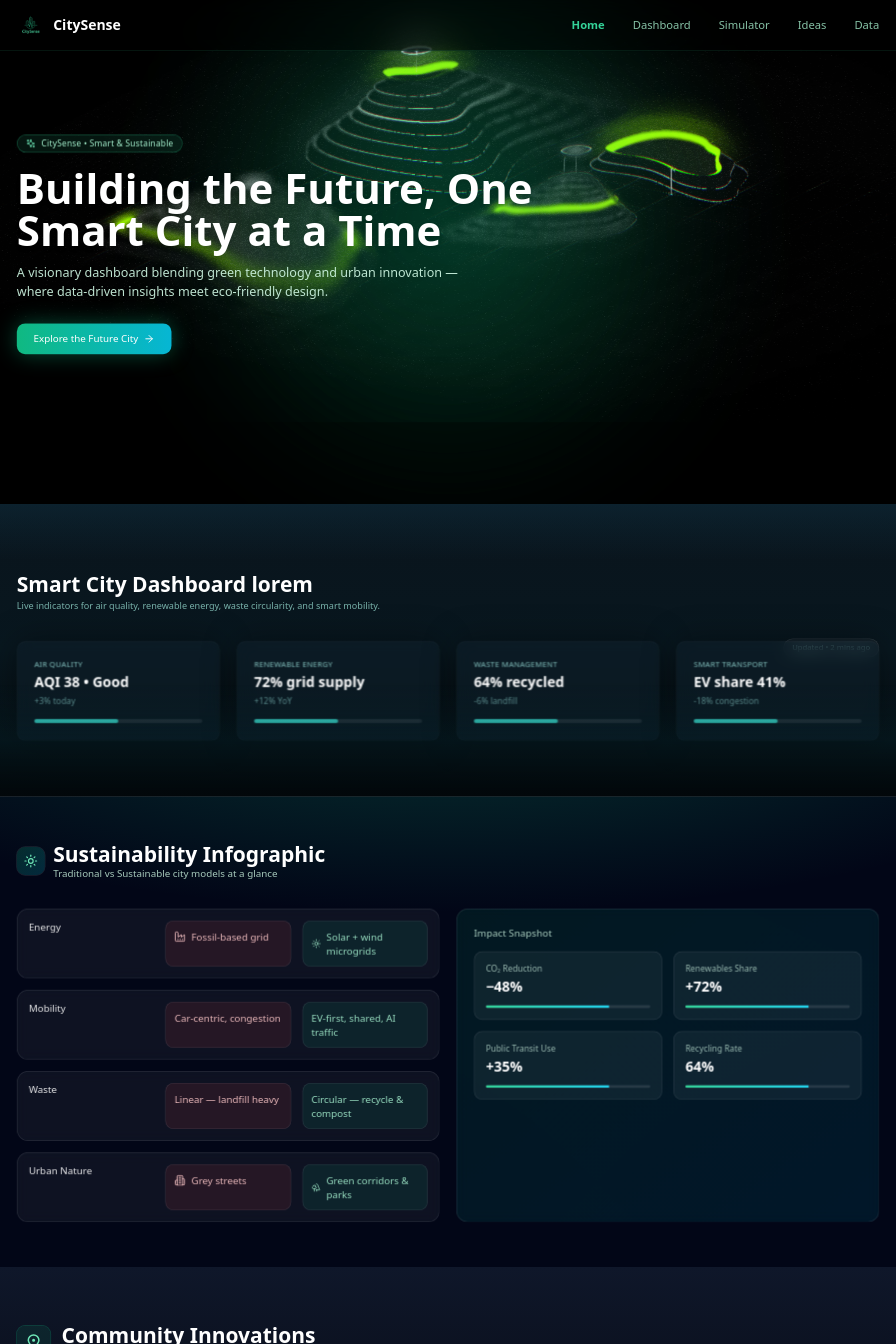
Repository: crashyet/CitySense
Page: /
An editor plug-in stored every save of this project. The page is shown before and after a run of saves, followed by the edit.
The browser window is 1280 px wide. The pictures show the part of the page from y = 0 to 1920 px (the page is 2586 px tall), at 70% of full size.
The project was rebuilt for these pictures with package versions that can differ from the ones it lists, and the page was loaded fresh each time. Also part of the build but not shown: vite.config.js, src/components/EnergyPieChart.jsx, src/components/TrafficCongestionChart.jsx, src/components/WeeklyAQIChart.jsx, src/pages/Dashboardpack/index.jsx, src/pages/Simulator/index.jsx, src/pages/Ideas/index.jsx, src/pages/Data/index.jsx.

Above is the page before, as saved 2025-11-18 19:11:53.

### src/App.jsx
import { Routes, Route } from "react-router-dom";

import Landing from "./pages/landing";
import Dashboard from "./pages/Dashboardpack";
import Simulator from "./pages/Simulator";
import Ideas from "./pages/Ideas";
import DataPage from "./pages/Data";

export default function App() {
  return (
    <Routes>
      <Route path="/" element={<Landing />} />
      <Route path="/dashboard" element={<Dashboard />} />
      <Route path="/simulator" element={<Simulator />} />
      <Route path="/ideas" element={<Ideas />} />
      <Route path="/data" element={<DataPage />} />
    </Routes>
  );
}

### src/pages/landing/index.jsx
import Navbar from "../../components/Navbar";
import Footer from "../../components/Footer";

import Hero from "./Hero";
import DashboardPreview from "./DashboardPreview";
import Infographic from "./Infographic";
import Community from "./Community";

export default function Landing() {
  return (
    <>
      <Navbar />

      {/* Section dari halaman Landing */}
      <Hero />
      <DashboardPreview />
      <Infographic />
      <Community />

      <Footer />
    </>
  );
}

### src/components/Navbar.jsx
import { NavLink } from "react-router-dom";
import { useState } from "react";
import Logo from "../assets/logo.png"; // sesuaikan path logo

export default function Navbar() {
  const [open, setOpen] = useState(false);

  const linkClass = ({ isActive }) =>
    isActive
      ? "text-emerald-400 font-semibold"
      : "text-emerald-200/80 hover:text-white";

  return (
    <header className="fixed w-full z-50 bg-black/40 backdrop-blur-xl border-b border-emerald-400/20 px-6 py-4">
      <div className="max-w-7xl mx-auto flex justify-between items-center">

        {/* LOGO */}
        <NavLink to="/" className="flex items-center gap-3">
          <img src={Logo} className="w-10 h-10" />
          <span className="text-xl text-white font-semibold">CitySense</span>
        </NavLink>

        {/* DESKTOP NAV */}
        <nav className="hidden md:flex gap-10">
          <NavLink to="/" className={linkClass}>Home</NavLink>
          <NavLink to="/dashboard" className={linkClass}>Dashboard</NavLink>
          <NavLink to="/simulator" className={linkClass}>Simulator</NavLink>
          <NavLink to="/ideas" className={linkClass}>Ideas</NavLink>
          <NavLink to="/data" className={linkClass}>Data</NavLink>
        </nav>

        {/* MOBILE BUTTON */}
        <button className="md:hidden text-white" onClick={() => setOpen(!open)}>
          {open ? "✖" : "☰"}
        </button>
      </div>

      {/* MOBILE NAV */}
      {open && (
        <div className="md:hidden bg-black/60 backdrop-blur-lg px-6 pb-4 flex flex-col gap-3">
          <NavLink onClick={() => setOpen(false)} to="/" className="text-white">Home</NavLink>
          <NavLink onClick={() => setOpen(false)} to="/dashboard" className="text-white">Dashboard</NavLink>
          <NavLink onClick={() => setOpen(false)} to="/simulator" className="text-white">Simulator</NavLink>
          <NavLink onClick={() => setOpen(false)} to="/ideas" className="text-white">Ideas</NavLink>
          <NavLink onClick={() => setOpen(false)} to="/data" className="text-white">Data</NavLink>
        </div>
      )}
    </header>
  );
}

### src/components/Footer.jsx
import React from "react";

const Footer = () => {
  return (
    <footer id="contact" className="relative w-full bg-black text-white">
      <div className="mx-auto max-w-7xl px-6 py-12">

        <div className="grid grid-cols-1 gap-8 md:grid-cols-4">

          {/* Brand */}
          <div className="col-span-2">
            <h4 className="text-xl font-semibold">CitySense</h4>
            <p className="mt-2 max-w-md text-sm text-emerald-100/80">
              A concept dashboard for smart and sustainable cities — blending
              technology and nature in perfect harmony.
            </p>
          </div>

          {/* Contact */}
          <div>
            <p className="text-sm font-medium text-white/90">Contact</p>
            <ul className="mt-3 space-y-2 text-sm text-emerald-100/80">

              <li className="flex items-center gap-2">
                <svg xmlns="http://www.w3.org/2000/svg" width="24" height="24"
                  viewBox="0 0 24 24" fill="none" stroke="currentColor"
                  strokeWidth="2" strokeLinecap="round" strokeLinejoin="round"
                  className="lucide lucide-mail h-4 w-4 text-emerald-300">
                  <rect width="20" height="16" x="2" y="4" rx="2"></rect>
                  <path d="m22 7-8.97 5.7a1.94 1.94 0 0 1-2.06
                    0L2 7"></path>
                </svg>
                hello@citysense.io
              </li>

              <li className="flex items-center gap-2">
                <svg xmlns="http://www.w3.org/2000/svg" width="24" height="24"
                  viewBox="0 0 24 24" fill="none" stroke="currentColor"
                  strokeWidth="2" strokeLinecap="round" strokeLinejoin="round"
                  className="lucide lucide-phone h-4 w-4 text-emerald-300">
                  <path d="M22 16.92v3a2 2 0 0 1-2.18
                    2 19.79 19.79 0 0 1-8.63-3.07 19.5
                    19.5 0 0 1-6-6 19.79 19.79 0 0
                    1-3.07-8.67A2 2 0 0 1 4.11 2h3a2
                    2 0 0 1 2 1.72 12.84 12.84 0 0
                    0 .7 2.81 2 2 0 0 1-.45
                    2.11L8.09 9.91a16 16 0 0 0 6
                    6l1.27-1.27a2 2 0 0 1 2.11-.45
                    12.84 12.84 0 0 0 2.81.7A2
                    2 0 0 1 22 16.92z"></path>
                </svg>
                +1 (555) 123-4567
              </li>

              <li className="flex items-center gap-2">
                <svg xmlns="http://www.w3.org/2000/svg" width="24" height="24"
                  viewBox="0 0 24 24" fill="none" stroke="currentColor"
                  strokeWidth="2" strokeLinecap="round" strokeLinejoin="round"
                  className="lucide lucide-map-pin h-4 w-4 text-emerald-300">
                  <path d="M20 10c0 6-8 12-8
                    12s-8-6-8-12a8 8 0 0 1
                    16 0Z"></path>
                  <circle cx="12" cy="10" r="3"></circle>
                </svg>
                101 Greenway, Future City
              </li>

            </ul>
          </div>

          {/* Copyright */}
          <div className="md:text-right">
            <p className="text-sm text-emerald-100/80">
              © 2025 CitySense — Smart City, Greener Future.
            </p>
          </div>

        </div>
      </div>
    </footer>
  );
};

export default Footer;

### src/pages/landing/Hero.jsx
// src/components/Hero.jsx
import React from "react";
import Background from "/src/assets/background.png";

const Hero = () => {
  return (
    <section
      className="
        relative
        min-h-screen      /* FULL LAYAR */
        w-full
        overflow-hidden
        bg-black
        text-white
      "
    >
      {/* Gradient Background */}
      <div className="absolute inset-0 pointer-events-none bg-gradient-to-b from-black via-black/40 to-black">
        <div style={{ width: "100%", height: "100%", overflow: "hidden" }}>
          <img src={Background} alt="" className="scale-125 mt-4" />
        </div>
      </div>

      {/* Radial Glow */}
      <div
        className="
          absolute left-1/2 top-[45%]         /* supaya glow tetap di sekitar teks */
          h-[55rem] w-[55rem]
          -translate-x-1/2 -translate-y-1/2
          rounded-full
          bg-[radial-gradient(closest-side,rgba(16,185,129,0.18),transparent)]
          blur-3xl
          contrast-125
        "
      ></div>

      {/* CONTENT – tanpa flex items-center supaya posisi tetap seperti desain */}
      <div className="relative mx-auto max-w-7xl px-6 pt-32 pb-40 sm:pt-40 sm:pb-44 md:pt-48 md:pb-52">

        {/* Badge */}
        <span
          className="
            mb-5 inline-flex items-center gap-2 rounded-full
            border border-emerald-400/30 bg-emerald-400/10
            px-3 py-1 text-xs tracking-wide text-emerald-200
            backdrop-blur
          "
        >
          <svg
            xmlns="http://www.w3.org/2000/svg"
            width="20"
            height="20"
            viewBox="0 0 24 24"
            fill="none"
            stroke="currentColor"
            strokeWidth="2"
            strokeLinecap="round"
            strokeLinejoin="round"
            className="lucide lucide-sparkles h-3.5 w-3.5 text-emerald-300"
          >
            <path d="m12 3-1.912 5.813a2 2 0 0 1-1.275 1.275L3 12l5.813 1.912a2 2 0 0 1 1.275 1.275L12 21l1.912-5.813a2 2 0 0 1 1.275-1.275L21 12l-5.813-1.912a2 2 0 0 1-1.275-1.275L12 3Z"></path>
            <path d="M5 3v4"></path>
            <path d="M19 17v4"></path>
            <path d="M3 5h4"></path>
            <path d="M17 19h4"></path>
          </svg>
          CitySense • Smart & Sustainable
        </span>

        {/* Title */}
        <h1 className="max-w-4xl text-4xl font-semibold leading-tight text-white drop-shadow-md md:text-6xl">
          Building the Future, One Smart City at a Time
        </h1>

        {/* Description */}
        <p className="mt-4 max-w-2xl text-base text-emerald-100/90 md:text-lg leading-relaxed">
          A visionary dashboard blending green technology and urban innovation —
          where data-driven insights meet eco-friendly design.
        </p>

        {/* Button */}
        <div className="mt-8">
          <a
            href="#dashboard"
            className="
              group inline-flex items-center gap-2 rounded-xl
              bg-gradient-to-r from-emerald-500 to-cyan-500
              px-6 py-3 text-sm font-medium text-white
              shadow-[0_0_30px_rgba(16,185,129,0.4)]
              transition hover:shadow-[0_0_45px_rgba(16,185,129,0.6)]
              focus:outline-none focus:ring-2 focus:ring-emerald-400/60
            "
          >
            Explore the Future City
            <svg
              xmlns="http://www.w3.org/2000/svg"
              width="24"
              height="24"
              viewBox="0 0 24 24"
              fill="none"
              stroke="currentColor"
              strokeWidth="2"
              strokeLinecap="round"
              strokeLinejoin="round"
              className="lucide lucide-arrow-right h-4 w-4 transition-transform group-hover:translate-x-0.5"
            >
              <path d="M5 12h14"></path>
              <path d="m12 5 7 7-7 7"></path>
            </svg>
          </a>
        </div>
      </div>
    </section>
  );
};

export default Hero;

### src/pages/landing/DashboardPreview.jsx
import React from "react";


const stats = [
  {
    title: "AIR QUALITY",
    value: "AQI 38 • Good",
    sub: "+3% today",
  },
  {
    title: "RENEWABLE ENERGY",
    value: "72% grid supply",
    sub: "+12% YoY",
  },
  {
    title: "WASTE MANAGEMENT",
    value: "64% recycled",
    sub: "-6% landfill",
  },
  {
    title: "SMART TRANSPORT",
    value: "EV share 41%",
    sub: "-18% congestion",
  },
];

export default function DashboardPreview() {
  return (
    <section
      className="
        relative w-full
        pt-24 pb-20
        bg-gradient-to-b
        from-[#0A141C]   /* Biru gelap bagian atas */
        via-[#08171F]   /* Navy lembut */
        to-[#050A0C]    /* Hitam kebiruan bagian bawah */
        text-white
      "
    >

      {/* GRADIENT ATAS — halus */}
      <div className="absolute top-0 left-0 w-full h-40 bg-gradient-to-b from-[#114055]/30 via-transparent to-transparent pointer-events-none">
      </div>

      <div className="mx-auto max-w-7xl px-6 relative">

        {/* Title & Subtitle */}
        <h2 className="text-3xl font-semibold">Smart City Dashboard lorem
        </h2>
        <p className="text-[13px] text-[#A8F3E6]/70 mt-1">
          Live indicators for air quality, renewable energy, waste circularity, and smart mobility.
        </p>

        {/* Badge */}
        <span
          className="
            absolute right-6 top-24
            text-[11px] text-[#B7FFF5]
            bg-white/5 border border-white/10
            px-3 py-1 rounded-full
          "
        >
          Updated • 2 mins ago
        </span>

        {/* Stats Grid */}
        <div className="grid grid-cols-1 sm:grid-cols-2 lg:grid-cols-4 gap-6 mt-10">

          {stats.map((item, idx) => (
            <div
              key={idx}
              className="
                rounded-xl p-6
                bg-[rgba(16,32,42,0.55)]     /* 🔵 NAVY TRANSLUCENT — mirip screenshot */
                border border-white/5
                backdrop-blur-md
                shadow-[0_0_50px_rgba(0,0,0,0.4)]
                transition
              "
            >
              {/* TITLE */}
              <p className="text-[11px] tracking-wide text-[#A7F1EB]/80">
                {item.title}
              </p>

              {/* VALUE */}
              <h3 className="text-xl font-semibold mt-1">
                {item.value}
              </h3>

              {/* SUBTEXT */}
              <p className="text-[12px] text-[#A7F1EB]/60 mt-1">
                {item.sub}
              </p>

              {/* PROGRESS BAR */}
              <div className="mt-4 h-[6px] w-full rounded-full bg-white/10">
                <div className="h-full w-1/2 rounded-full bg-[#38D6C8]"></div>
              </div>

            </div>
          ))}
        </div>
      </div>

      {/* GRADIENT BAWAH — BIRU KE HITAM */}
      <div className="absolute bottom-0 left-0 w-full h-40
        bg-gradient-to-b from-transparent via-[#05212A]/40 to-[#02070A] pointer-events-none">
      </div>
    </section>
  );
}

### src/pages/landing/Community.jsx
import React from "react";

const ideas = [
  {
    tag: "ENERGY",
    title: "Neighborhood Microgrids",
    desc: "Peer-to-peer energy sharing using rooftop solar and home batteries.",
  },
  {
    tag: "WASTE",
    title: "Smart Waste Rewards",
    desc: "Token incentives for sorting recyclables and compost at source.",
  },
  {
    tag: "MOBILITY",
    title: "EV Carpool Hub",
    desc: "AI-matched commute pools powered by fast-charging hubs.",
  },
  {
    tag: "NATURE",
    title: "Rain Garden Streets",
    desc: "Permeable pavements with native plants to reduce runoff.",
  },
];

const Community = () => {
  return (
    <section className="relative w-full bg-gradient-to-b from-slate-900 to-black text-white py-20">
      <div className="mx-auto max-w-7xl px-6">

        {/* Header */}
        <div className="mb-10 flex items-center gap-4">
          <div className="flex h-12 w-12 items-center justify-center rounded-xl bg-emerald-500/10 ring-1 ring-emerald-500/30">
            <svg
              xmlns="http://www.w3.org/2000/svg"
              width="26"
              height="26"
              viewBox="0 0 24 24"
              fill="none"
              stroke="currentColor"
              strokeWidth="2"
              strokeLinecap="round"
              strokeLinejoin="round"
              className="text-emerald-300"
            >
              <path d="M12 2a7 7 0 0 0-7 7c0 3.87 4 6 7 13 3-7 7-9.13 7-13a7 7 0 0 0-7-7z"></path>
              <circle cx="12" cy="9" r="1"></circle>
            </svg>
          </div>

          <div>
            <h3 className="text-3xl font-semibold">Community Innovations</h3>
            <p className="text-emerald-100/80 text-sm">
              Citizen ideas shaping the next-gen sustainable city
            </p>
          </div>
        </div>

        {/* Ideas Grid */}
        <div className="grid grid-cols-1 md:grid-cols-2 lg:grid-cols-4 gap-6">

          {ideas.map((item, idx) => (
            <div
              key={idx}
              className="group relative rounded-2xl border border-white/10 bg-white/5 p-6 backdrop-blur-md hover:border-emerald-300/40 transition overflow-hidden"
            >
              {/* Glow */}
              <div className="absolute -right-10 -top-10 h-40 w-40 rounded-full bg-gradient-to-br from-emerald-500/20 to-cyan-500/20 opacity-40 blur-2xl"></div>

              <div className="relative">
                <span className="inline-flex items-center rounded-full border border-emerald-300/30 bg-emerald-400/10 px-3 py-1 text-[10px] tracking-wider text-emerald-200 uppercase">
                  {item.tag}
                </span>

                <h4 className="mt-4 text-lg font-semibold">{item.title}</h4>

                <p className="mt-2 text-sm text-emerald-100/80">
                  {item.desc}
                </p>

                <button className="mt-4 inline-flex items-center gap-2 text-sm text-emerald-300 hover:text-emerald-200 transition">
                  Support idea{" "}
                  <svg
                    xmlns="http://www.w3.org/2000/svg"
                    width="20"
                    height="20"
                    viewBox="0 0 24 24"
                    fill="none"
                    stroke="currentColor"
                    strokeWidth="2"
                    strokeLinecap="round"
                    strokeLinejoin="round"
                    className="h-4 w-4"
                  >
                    <path d="M4.5 16.5c-1.5 1.26-2 5-2 5s3.74-.5 5-2c.71-.84.7-2.13-.09-2.91a2.18 2.18 0 0 0-2.91-.09z"></path>
                    <path d="m12 15-3-3a22 22 0 0 1 2-3.95A12.88 12.88 0 0 1 22 2c0 2.72-.78 7.5-6 11a22.35 22.35 0 0 1-4 2z"></path>
                  </svg>
                </button>
              </div>
            </div>
          ))}

        </div>

        {/* Footer CTA */}
        <div className="mt-12 flex flex-col md:flex-row items-center justify-between rounded-2xl border border-white/10 bg-white/5 backdrop-blur p-5">
          <div className="flex items-center gap-3 text-emerald-100/90">
            <svg
              xmlns="http://www.w3.org/2000/svg"
              width="24"
              height="24"
              viewBox="0 0 24 24"
              fill="none"
              stroke="currentColor"
              strokeWidth="2"
              strokeLinecap="round"
              strokeLinejoin="round"
              className="text-emerald-300 h-5 w-5"
            >
              <path d="M16 21v-2a4 4 0 0 0-4-4H6a4 4 0 0 0-4 4v2"></path>
              <circle cx="9" cy="7" r="4"></circle>
              <path d="M22 21v-2a4 4 0 0 0-3-3.87"></path>
              <path d="M16 3.13a4 4 0 0 1 0 7.75"></path>
            </svg>

            <p className="text-sm">Join 12,532 citizens contributing ideas</p>
          </div>

          <a
            href="#"
            className="mt-4 md:mt-0 text-sm text-emerald-300 hover:text-emerald-200 transition"
          >
            Share your idea →
          </a>
        </div>
      </div>
    </section>
  );
};

export default Community;

Loaded but not shown: index.html (common file); src/main.jsx (common file); src/index.css (common file); tailwind.config.js (common file); src/pages/landing/Infographic.jsx (211 lines, source omitted)

After the next 4 saves:
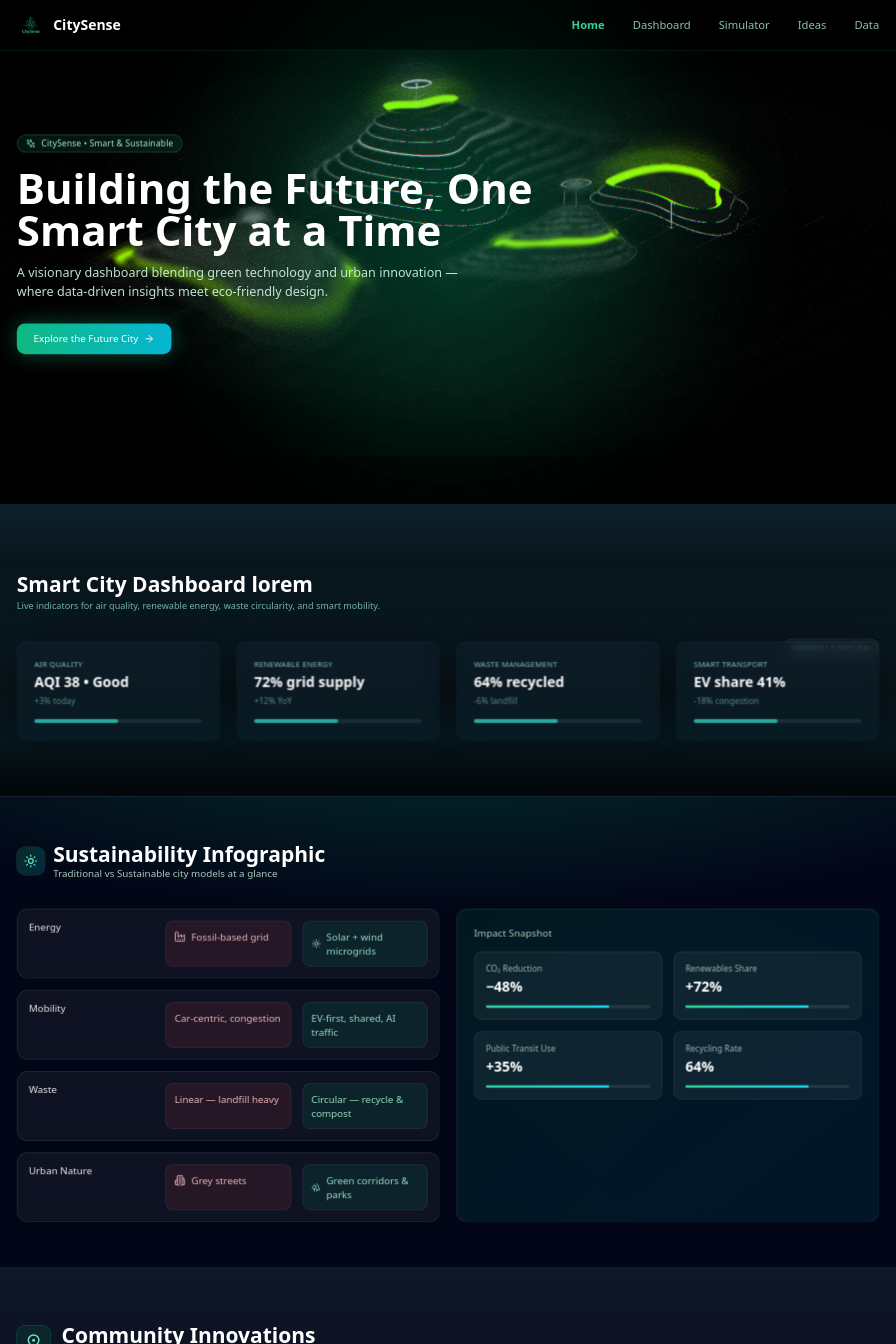
The 4 saves are shown as one change because they came seconds apart.
The last was saved 14 s later.
--- a/src/pages/landing/Hero.jsx
+++ b/src/pages/landing/Hero.jsx
@@ -17,7 +17,7 @@ const Hero = () => {
       {/* Gradient Background */}
       <div className="absolute inset-0 pointer-events-none bg-gradient-to-b from-black via-black/40 to-black">
         <div style={{ width: "100%", height: "100%", overflow: "hidden" }}>
-          <img src={Background} alt="" className="scale-125 mt-4" />
+          <img src={Background} alt="" className="scale-125 mt-16" />
         </div>
       </div>
 
